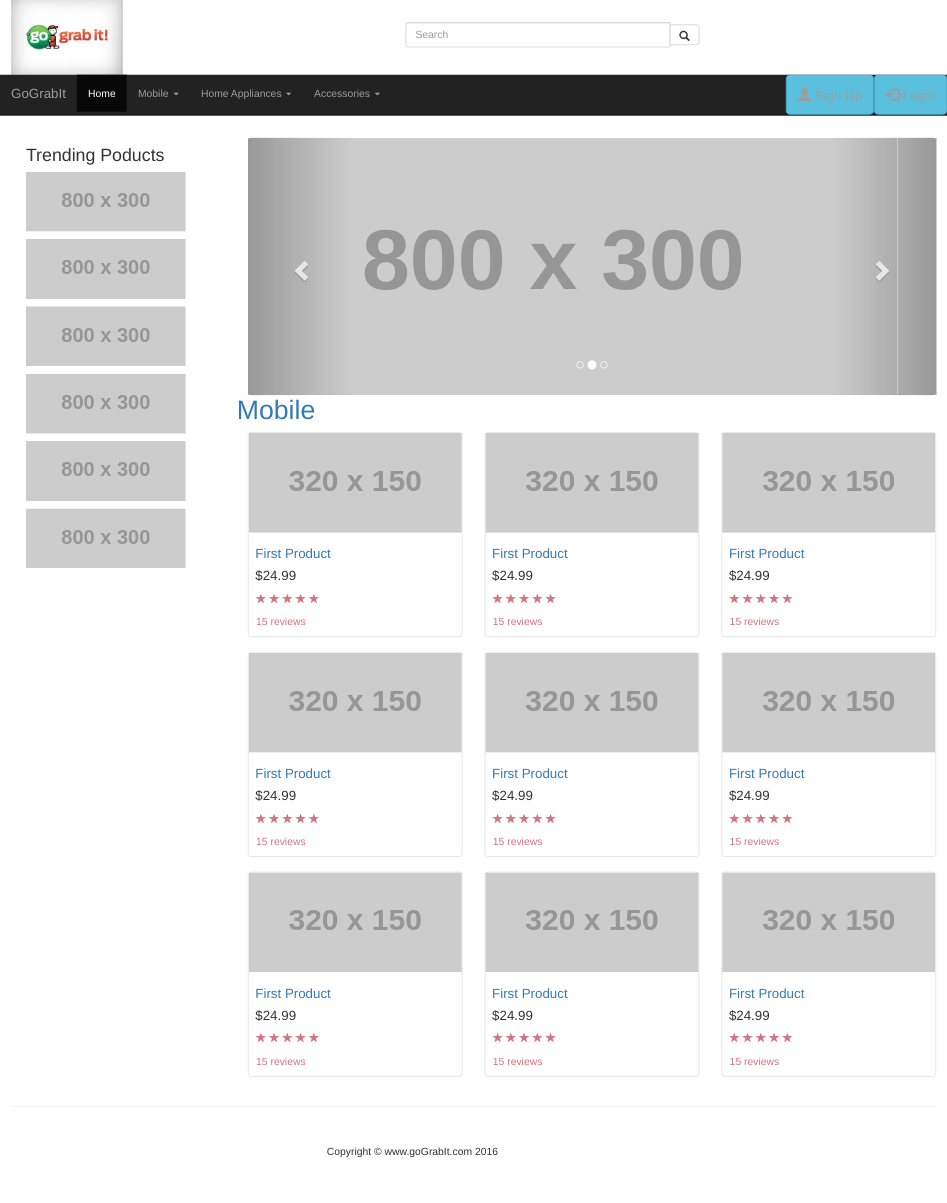
Repository: SixNullPointers/finaltemp
Page: http://localhost/Copy_of_ProductReviewer/category.jsp
An editor plug-in stored every save of this project. The page is shown before and after the next save, followed by the edit.
The browser window is 1280 px wide. The pictures show the whole page, at 74% of full size.
The page is served by Tomcat 9. Other server files are loaded and not shown.

Above is the page before, as saved 2016-01-22 15:17:14.

### Copy of ProductReviewer/src/main/webapp/category.jsp
<%@ page language="java" contentType="text/html; charset=ISO-8859-1"
    pageEncoding="ISO-8859-1"%>
<!DOCTYPE html PUBLIC "-//W3C//DTD HTML 4.01 Transitional//EN" "http://www.w3.org/TR/html4/loose.dtd">
<html>
<head>
<meta http-equiv="Content-Type" content="text/html; charset=ISO-8859-1">

<meta charset="utf-8">
    <meta http-equiv="X-UA-Compatible" content="IE=edge">
    <meta name="viewport" content="width=device-width, initial-scale=1">
    <meta name="description" content="">
    <meta name="author" content="">

    <title>Catagory</title>

    <!-- Bootstrap Core CSS -->
    <link href="css/bootstrap.min.css" rel="stylesheet">

    <!-- Custom CSS -->
    <link href="css/shop-homepage.css" rel="stylesheet">

    <!-- HTML5 Shim and Respond.js IE8 support of HTML5 elements and media queries -->
    <!-- WARNING: Respond.js doesn't work if you view the page via file:// -->
    <!--[if lt IE 9]>
        <script src="https://oss.maxcdn.com/libs/html5shiv/3.7.0/html5shiv.js"></script>
        <script src="https://oss.maxcdn.com/libs/respond.js/1.4.2/respond.min.js"></script>
    <![endif]-->

</head>
<body>
<script>
  window.fbAsyncInit = function() {
    FB.init({
      appId      : '1098991976802112',
      xfbml      : true,
      version    : 'v2.5'
    });
  };

  (function(d, s, id){
     var js, fjs = d.getElementsByTagName(s)[0];
     if (d.getElementById(id)) {return;}
     js = d.createElement(s); js.id = id;
     js.src = "//connect.facebook.net/en_US/sdk.js";
     fjs.parentNode.insertBefore(js, fjs);
   }(document, 'script', 'facebook-jssdk'));
</script>
   <div id="myModalforSignup"class="modal fade">
              <div class="modal-dialog">
                     <div class="modal-content">

                           <!-- Header Section -->
                           <div class="modal-header">
                           <button type="button" class="close" data-dismiss="modal">&times;</button>
                                  <h2>Sign UP</h2>

                           </div>

                           <!-- Body Section -->
                           <div class="modal-body">
                                  <form class="form col-md-12">
				<input type="text" class="form-control input-lg" placeholder="First Name" required autofocus /><br>
				                         <input type="text" class="form-control input-lg" placeholder="Last Name" required   /><br>
				                         <input type="text" class="form-control input-lg" placeholder="User Name" required  /><br>
				                         <input type="text" class="form-control input-lg" placeholder="Contact No" required  /><br>
                                         <input type="text" class="form-control input-lg" placeholder="Email" required  /><br>
                                         <input type="password" class="form-control input-lg" placeholder="Password" required /><br>
                                          <input type="password" class="form-control input-lg" placeholder="Confirm Password" required /><br><br><br>

                                  </form>
                           </div>

                           <!-- Footer Section -->
                           <div class="modal-footer">
                                  <div class="col-md-12">
                                         <button class="btn btn-primary btn-lg btn-block">Sign Up</button>
                                  </div>
                           </div>
                     </div>
              </div>
       </div>



       <!-- Modal for sign in -->
   <div id="myModal"class="modal fade">
              <div class="modal-dialog">
                     <div class="modal-content">

                           <!-- Header Section -->
                           <div class="modal-header">
                           <button type="button" class="close" data-dismiss="modal">&times;</button>
                                  <h2>Please sign in</h2>
                                   <div class="fb-login-button" data-max-rows="1" data-size="large" data-show-faces="false" data-auto-logout-link="false"></div>
                           </div>

                           <!-- Body Section -->
                           <div class="modal-body">
                                  <form class="form col-md-12">

                                         <input type="text" class="form-control input-lg" placeholder="Email" required autofocus />
                                         <input type="password" class="form-control input-lg" placeholder="Password" required />

                                         <label class="checkbox"> <input type="checkbox"
                                                value="remember-me" /> Remember me
                                         </label>

                                         <button class="btn btn-primary btn-lg btn-block">Sign In</button>
                                  </form>
                           </div>

                           <!-- Footer Section -->
                           <div class="modal-footer">
                                  <div class="col-md-12">
                                         <span class="pull-left"><a href="#">Forgot Password?</a></span>
                                         <span><a href="#">Register</a></span>
                                  </div>
                           </div>
                     </div>
              </div>
       </div>

    <div class="container-fluid">
    <div class="row">

 	<div class="col-md-5">
    <img src="images/logo.png"width="30%" height="30%">
 	</div>
    <div class="col-md-4">
      <div class="input-group">
        <input type="search"  class="form-control" placeholder="Search">
        <div class="input-group-btn">
            <button type="submit" class="btn btn-default" >
                <span class="glyphicon glyphicon-search"></span>
            </button>
        </div>
    </div>
 	</div>
   <div class="col-md-3">

 	</div>

     </div>
    </div>
   <nav class="navbar navbar-inverse navbar-default navbar-static-top" role="navigation">
  <div class="container-fluid">
    <div class="navbar-header">
      <a class="navbar-brand" href="#">GoGrabIt</a>
    </div>
    <ul class="nav navbar-nav">
      <li class="active"><a href="#">Home</a></li>
     <li class="dropdown">
        <a class="dropdown-toggle" data-toggle="dropdown" href="#">Mobile
        <span class="caret"></span></a>
        <ul class="dropdown-menu">
          <li><a href="#">Page 1-1</a></li>
          <li><a href="#">Page 1-2</a></li>
          <li><a href="#">Page 1-3</a></li>
        </ul>
      </li>
       <li class="dropdown">
        <a class="dropdown-toggle" data-toggle="dropdown" href="#">Home Appliances
                <span class="caret"></span></a>
        <ul class="dropdown-menu">
          <li><a href="#">Page 2-1</a></li>
          <li><a href="#">Page 2-2</a></li>
          <li><a href="#">Page 2-3</a></li>
        </ul>
      </li>
      <li class="dropdown">
        <a class="dropdown-toggle" data-toggle="dropdown" href="#">Accessories
        <span class="caret"></span></a>
        <ul class="dropdown-menu">
          <li><a href="#">Page 3-1</a></li>
          <li><a href="#">Page 3-2</a></li>
          <li><a href="#">Page 3-3</a></li>
        </ul>
      </li>
    </ul>
    <ul class="nav navbar-nav navbar-right">
      <li><a href="#" class="btn btn-info btn-lg" data-toggle="modal" data-target="#myModalforSignup"  ><span class="glyphicon glyphicon-user"></span> Sign Up</a></li>
      <li><a class="btn btn-info btn-lg" data-toggle="modal" data-target="#myModal"  ><span class="glyphicon glyphicon-log-in"></span> Login</a></li>
    </ul>


  </div></nav>
    <!-- Page Content -->
    <div class="container-fluid">

        <div class="row">

            <div class="col-sm-3 col-lg-3 col-md-3">
                <p class="lead"></p>
                <div class="list-group"  style="margin-left: 20px;">
                <h3>Trending Poducts</h3>
                               <div class="item active" style="margin-top: 10px">
                                    <img src="http://placehold.it/800x300" alt="" width="80%" height="50%">
                                </div>
                                <div class="item">
                                    <img  src="http://placehold.it/800x300" alt=""width="80%" height="50%">
                                </div>
                                <div class="item">
                                    <img  src="http://placehold.it/800x300" alt=""width="80%" height="50%">
                                </div>
                                <div class="item">
                                    <img src="http://placehold.it/800x300" alt=""width="80%" height="50%">
                                </div>
                                <div class="item">
                                    <img  src="http://placehold.it/800x300" alt=""width="80%" height="50%">
                                </div>
                                <div class="item">
                                    <img  src="http://placehold.it/800x300" alt=""width="80%" height="50%">
                                </div>

                </div>
            </div>
       <div class="col-md-9">

        <div class="row carousel-holder">

                    <div class="col-md-12">
                        <div id="carousel-example-generic" class="carousel slide" data-ride="carousel">
                            <ol class="carousel-indicators">
                                <li data-target="#carousel-example-generic" data-slide-to="0" class="active"></li>
                                <li data-target="#carousel-example-generic" data-slide-to="1"></li>
                                <li data-target="#carousel-example-generic" data-slide-to="2"></li>
                            </ol>
                            <div class="carousel-inner">
                                <div class="item active">
                                    <img class="slide-image" src="http://placehold.it/800x300" alt="">
                                </div>
                                <div class="item">
                                    <img class="slide-image" src="http://placehold.it/800x300" alt="">
                                </div>
                                <div class="item">
                                    <img class="slide-image" src="http://placehold.it/800x300" alt="">
                                </div>
                            </div>
                            <a class="left carousel-control" href="#carousel-example-generic" data-slide="prev">
                                <span class="glyphicon glyphicon-chevron-left"></span>
                            </a>
                            <a class="right carousel-control" href="#carousel-example-generic" data-slide="next">
                                <span class="glyphicon glyphicon-chevron-right"></span>
                            </a>
                        </div>
                    </div>

                </div>








            <div class="row">
           <a href="#"><h1>Mobile</h1></a>
            </div>
              <div class="row">
                    <div class="col-sm-4 col-lg-4 col-md-4">
                        <div class="thumbnail">
                            <img src="http://placehold.it/320x150" alt="">
                            <div class="caption">
                                <h4><a href="#">First Product</a></h4>
                                <h4>$24.99</h4>
                            </div>
                            <div class="ratings">

                                <p>
                                    <span class="glyphicon glyphicon-star"></span>
                                    <span class="glyphicon glyphicon-star"></span>
                                    <span class="glyphicon glyphicon-star"></span>
                                    <span class="glyphicon glyphicon-star"></span>
                                    <span class="glyphicon glyphicon-star"></span>
                                </p>
                                 <p>15 reviews</p>
                            </div>
                        </div>
                    </div>

                     <div class="col-sm-4 col-lg-4 col-md-4">
                        <div class="thumbnail">
                            <img src="http://placehold.it/320x150" alt="">
                            <div class="caption">
                                <h4><a href="#">First Product</a></h4>
                                <h4>$24.99</h4>
                            </div>
                            <div class="ratings">

                                <p>
                                    <span class="glyphicon glyphicon-star"></span>
                                    <span class="glyphicon glyphicon-star"></span>
                                    <span class="glyphicon glyphicon-star"></span>
                                    <span class="glyphicon glyphicon-star"></span>
                                    <span class="glyphicon glyphicon-star"></span>
                                </p>
                                 <p>15 reviews</p>
                            </div>
                        </div>
                    </div>
                    <div class="col-sm-4 col-lg-4 col-md-4">
                        <div class="thumbnail">
                            <img src="http://placehold.it/320x150" alt="">
                            <div class="caption">
                                <h4><a href="#">First Product</a></h4>
                                <h4>$24.99</h4>
                            </div>
                            <div class="ratings">

                                <p>
                                    <span class="glyphicon glyphicon-star"></span>
                                    <span class="glyphicon glyphicon-star"></span>
                                    <span class="glyphicon glyphicon-star"></span>
                                    <span class="glyphicon glyphicon-star"></span>
                                    <span class="glyphicon glyphicon-star"></span>
                                </p>
                                 <p>15 reviews</p>
                            </div>
                        </div>
                    </div>
                </div>
              <div class="row">
					  <div class="col-sm-4 col-lg-4 col-md-4">
                        <div class="thumbnail">
                            <img src="http://placehold.it/320x150" alt="">
                            <div class="caption">
                                <h4><a href="#">First Product</a></h4>
                                <h4>$24.99</h4>
                            </div>
                            <div class="ratings">

                                <p>
                                    <span class="glyphicon glyphicon-star"></span>
                                    <span class="glyphicon glyphicon-star"></span>
                                    <span class="glyphicon glyphicon-star"></span>
                                    <span class="glyphicon glyphicon-star"></span>
                                    <span class="glyphicon glyphicon-star"></span>
                                </p>
                                 <p>15 reviews</p>
                            </div>
                        </div>
                    </div>

                    <div class="col-sm-4 col-lg-4 col-md-4">
                        <div class="thumbnail">
                            <img src="http://placehold.it/320x150" alt="">
                            <div class="caption">
                                 <h4><a href="#">First Product</a></h4>
                                <h4>$24.99</h4>
                            </div>
                            <div class="ratings">

                                <p>
                                    <span class="glyphicon glyphicon-star"></span>
                                    <span class="glyphicon glyphicon-star"></span>
                                    <span class="glyphicon glyphicon-star"></span>
                                    <span class="glyphicon glyphicon-star"></span>
                                    <span class="glyphicon glyphicon-star"></span>
                                </p>
                                 <p>15 reviews</p>
                            </div>
                        </div>
                    </div>

                    <div class="col-sm-4 col-lg-4 col-md-4">
                        <div class="thumbnail">
                            <img src="http://placehold.it/320x150" alt="">
                            <div class="caption">
                                 <h4><a href="#">First Product</a></h4>
                                <h4>$24.99</h4>
                            </div>
                            <div class="ratings">

                                <p>
                                    <span class="glyphicon glyphicon-star"></span>
                                    <span class="glyphicon glyphicon-star"></span>
                                    <span class="glyphicon glyphicon-star"></span>
                                    <span class="glyphicon glyphicon-star"></span>
                                    <span class="glyphicon glyphicon-star"></span>
                                </p>
                                 <p>15 reviews</p>
                            </div>
                        </div>
                    </div>

                </div>
              <div class="row">

                    <div class="col-sm-4 col-lg-4 col-md-4">
                        <div class="thumbnail">
                            <img src="http://placehold.it/320x150" alt="">
                            <div class="caption">

                                <h4><a href="#">First Product</a></h4>
                                <h4>$24.99</h4>

                            </div>
                            <div class="ratings">

                                <p>
                                    <span class="glyphicon glyphicon-star"></span>
                                    <span class="glyphicon glyphicon-star"></span>
                                    <span class="glyphicon glyphicon-star"></span>
                                    <span class="glyphicon glyphicon-star"></span>
                                    <span class="glyphicon glyphicon-star"></span>
                                </p>
                                 <p>15 reviews</p>
                            </div>
                        </div>
                    </div>

                   <div class="col-sm-4 col-lg-4 col-md-4">
                        <div class="thumbnail">
                            <img src="http://placehold.it/320x150" alt="">
                            <div class="caption">
                               <h4><a href="#">First Product</a></h4>
                                <h4>$24.99</h4>
                            </div>
                            <div class="ratings">

                                <p>
                                    <span class="glyphicon glyphicon-star"></span>
                                    <span class="glyphicon glyphicon-star"></span>
                                    <span class="glyphicon glyphicon-star"></span>
                                    <span class="glyphicon glyphicon-star"></span>
                                    <span class="glyphicon glyphicon-star"></span>
                                </p>
                                 <p>15 reviews</p>
                            </div>
                        </div>
                    </div>

                     <div class="col-sm-4 col-lg-4 col-md-4">
                        <div class="thumbnail">
                            <img src="http://placehold.it/320x150" alt="">
                            <div class="caption">
                                 <h4><a href="#">First Product</a></h4>
                                <h4>$24.99</h4>
                            </div>
                            <div class="ratings">

                                <p>
                                    <span class="glyphicon glyphicon-star"></span>
                                    <span class="glyphicon glyphicon-star"></span>
                                    <span class="glyphicon glyphicon-star"></span>
                                    <span class="glyphicon glyphicon-star"></span>
                                    <span class="glyphicon glyphicon-star"></span>
                                </p>
                                 <p>15 reviews</p>
                            </div>

                        </div>
                    </div>
                </div>
            </div>
                </div>
                </div>

    <!-- /.container -->

    <div class="container-fluid">

        <hr>

        <!-- Footer -->
        <footer>
            <div class="row">
                <div class="col-lg-4"></div>
                <div class="col-lg-4">
                    <p>Copyright &copy; www.goGrabIt.com 2016</p>
                </div>
                    <div class="col-lg-4"></div>
                 <!--  <div class="col-lg-4">
                    <h3>Contact Us</h3>
                    <h4>Sanket Jain</h4>
                    <h5>+91-86575784856</h5>
                    <h5>05178-260840</h5>
                </div> -->
                 <!--  <div class="col-lg-6">
                    <p>About Us</p>
                </div> -->
            </div>
        </footer>

    </div>
    <!-- /.container -->

    <!-- jQuery -->
    <script src="js/jquery.js"></script>

    <!-- Bootstrap Core JavaScript -->
    <script src="js/bootstrap.min.js"></script>


</body>
</html>

### Copy of ProductReviewer/src/main/webapp/css/shop-homepage.css
/*!
 * Start Bootstrap - Shop Homepage HTML Template (http://startbootstrap.com)
 * Code licensed under the Apache License v2.0.
 * For details, see http://www.apache.org/licenses/LICENSE-2.0.
 */

body {
   /*  padding-top: 60px;  *//* Required padding for .navbar-fixed-top. Remove if using .navbar-static-top. Change if height of navigation changes. */
}

.slide-image {
    width: 100%;

}


#pim{
  	width: 200px;
  	height: 300px;


}
#fridges{
  	width: 50%;
  	height: 70%;
	margin-left: 10%;

}

#pac{
  	width: 320px;
  	height: 100px;


}

.input-group
{
  padding-top: 30px;
}
.carousel-holder {
    margin-bottom: 30px;
    height: 20px;
}

.carousel-control,
.item {
    border-radius: 4px;
    margin-top: 10px;
}

.caption {
    height: 80px;
  /*   overflow: hidden; */
}

.caption h4 {
    white-space: nowrap;
}

.thumbnail img {
    width: 100%;
}

.ratings {
    padding-right: 10px;
    padding-left: 10px;
    color: #d17581;
}

.thumbnail {
    padding: 0;

}

.thumbnail .caption-full {
    padding: 9px;
    color: #333;
}

footer {
    margin: 50px 0;
}

Loaded but not shown: Copy of ProductReviewer/src/main/webapp/css/bootstrap.min.css (library); Copy of ProductReviewer/src/main/webapp/js/jquery.js (library); Copy of ProductReviewer/src/main/webapp/js/bootstrap.min.js (library)

After the next save:
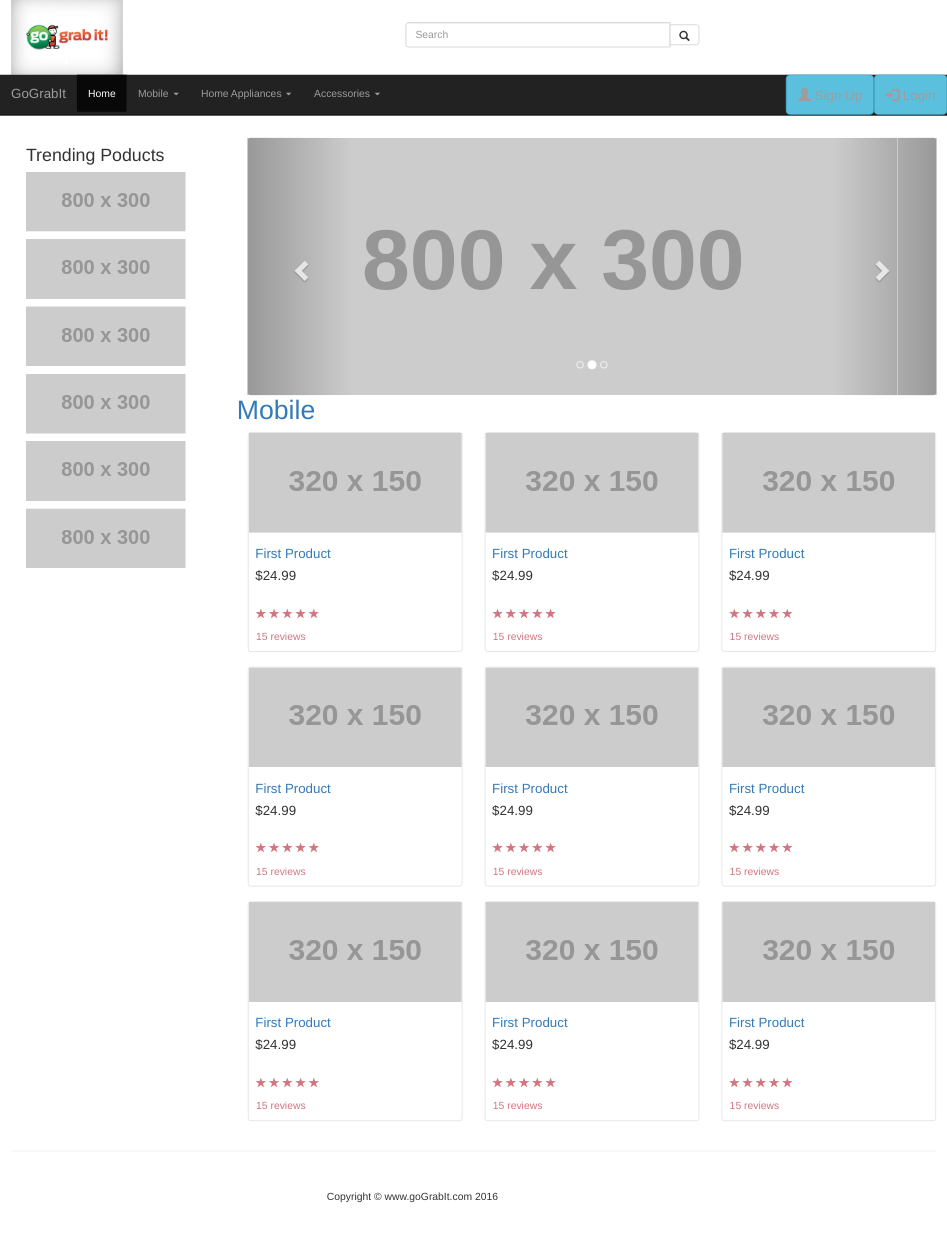
Saved 16 s later.
--- a/Copy of ProductReviewer/src/main/webapp/css/shop-homepage.css
+++ b/Copy of ProductReviewer/src/main/webapp/css/shop-homepage.css
@@ -50,7 +50,7 @@ body {
 }
 
 .caption {
-    height: 80px;
+    height: 100px;
   /*   overflow: hidden; */
 }
 
